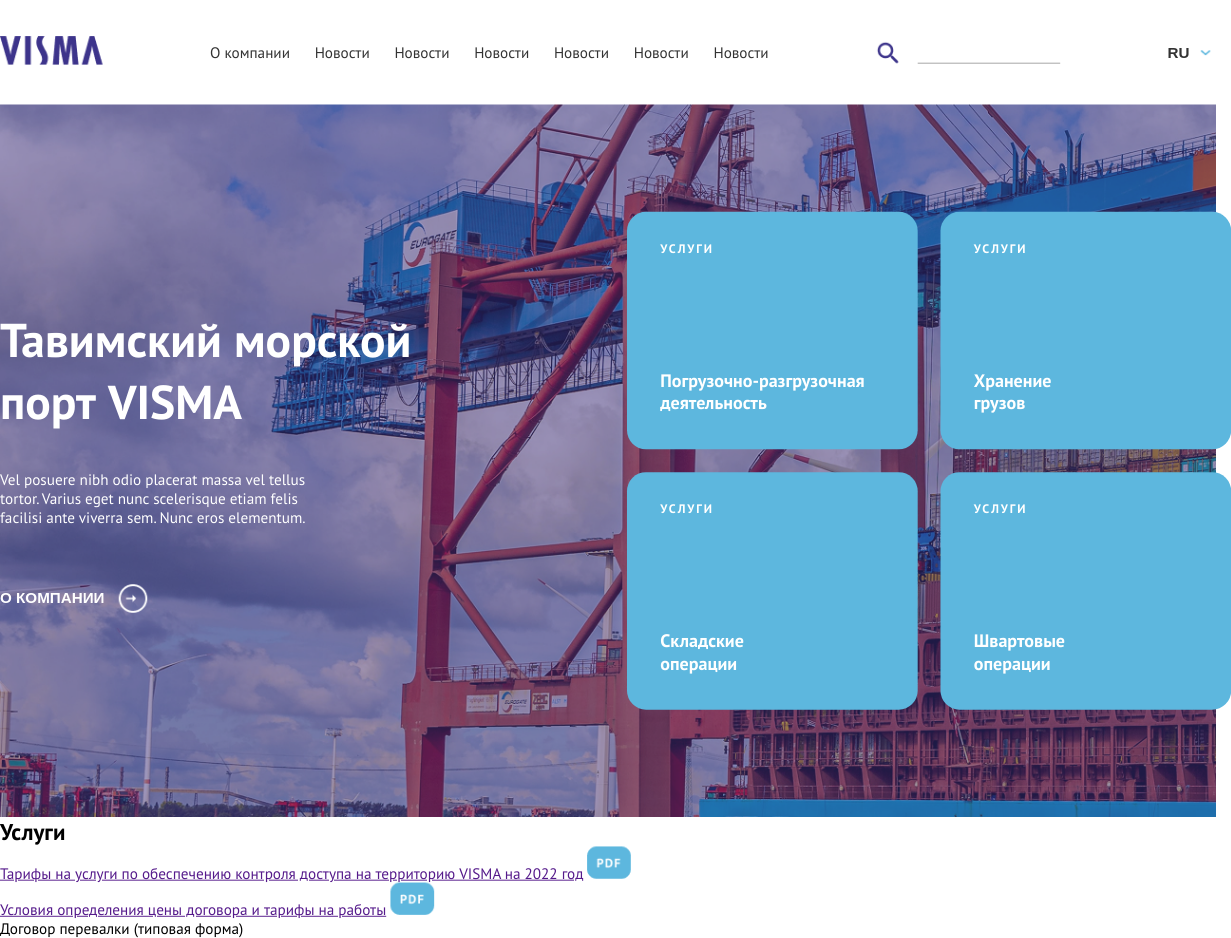
Repository: Shaiyr1/Visma
Page: index.html
These files come from the project's save history. The page is drawn as it stood at one moment and after the next save; the edit follows.
The browser window is 1280 px wide. The page is 1296 px wide, so the pictures cover 1296 px, including what lies to the right of the window. The pictures show the whole page, at 95% of full size.
The style sheet was rebuilt from its Sass, Less or Tailwind sources for each picture, by a compiler version that may differ from the author's.

Above is the page before, as saved 2026-09-16 14:23:57.

After the next save:
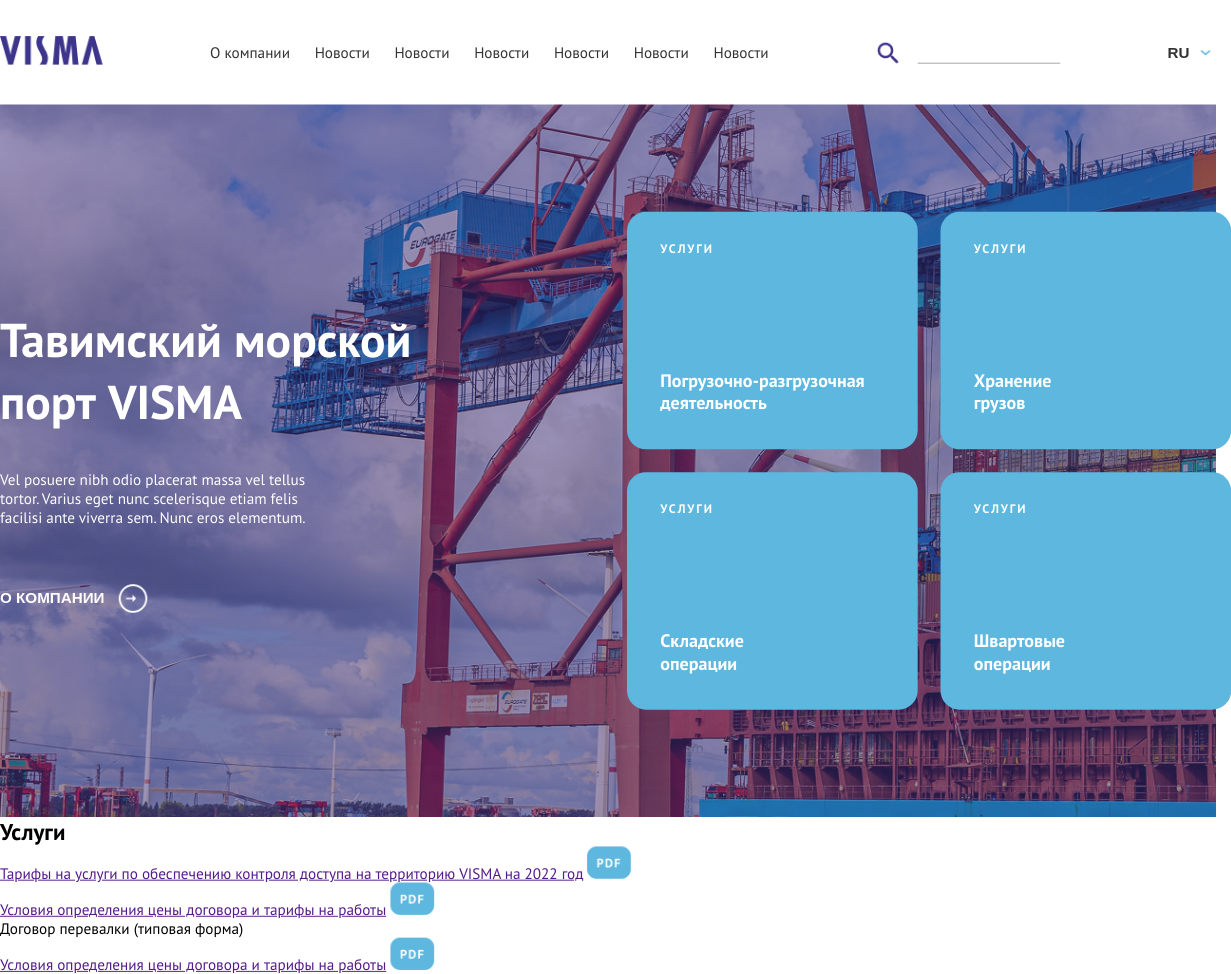
Saved 7 s later.
--- a/index.html
+++ b/index.html
@@ -101,6 +101,10 @@
                             <img src="./src/img/Frame 50.png" alt="images">
                         </li>
                         Договор перевалки (типовая форма)
+                        <li class="services-block__li">
+                            <a class="services-block__li-link" href="">Условия определения цены договора и тарифы на работы</a>
+                            <img src="./src/img/Frame 50.png" alt="images">
+                        </li>
                     </ul>
                 </div>
             </div>
